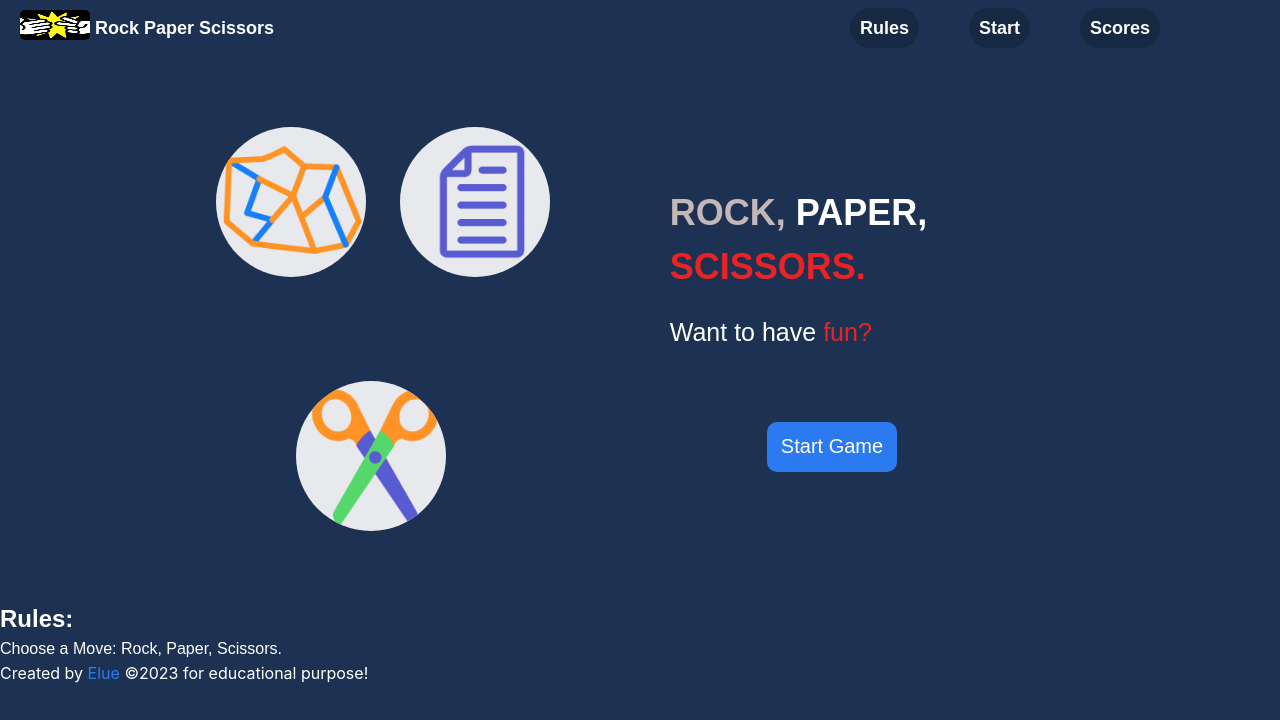
Repository: MikkyPrestige/rock-paper-scissors
Page: index.html
The author's editor kept a copy of each file at every save. The page is drawn from the files as they stood at one save, then again after the next save.
The browser window is 1280 px wide. The pictures show the whole page.

Above is the page before, as saved 2023-05-08 05:27:02.

After the next save:
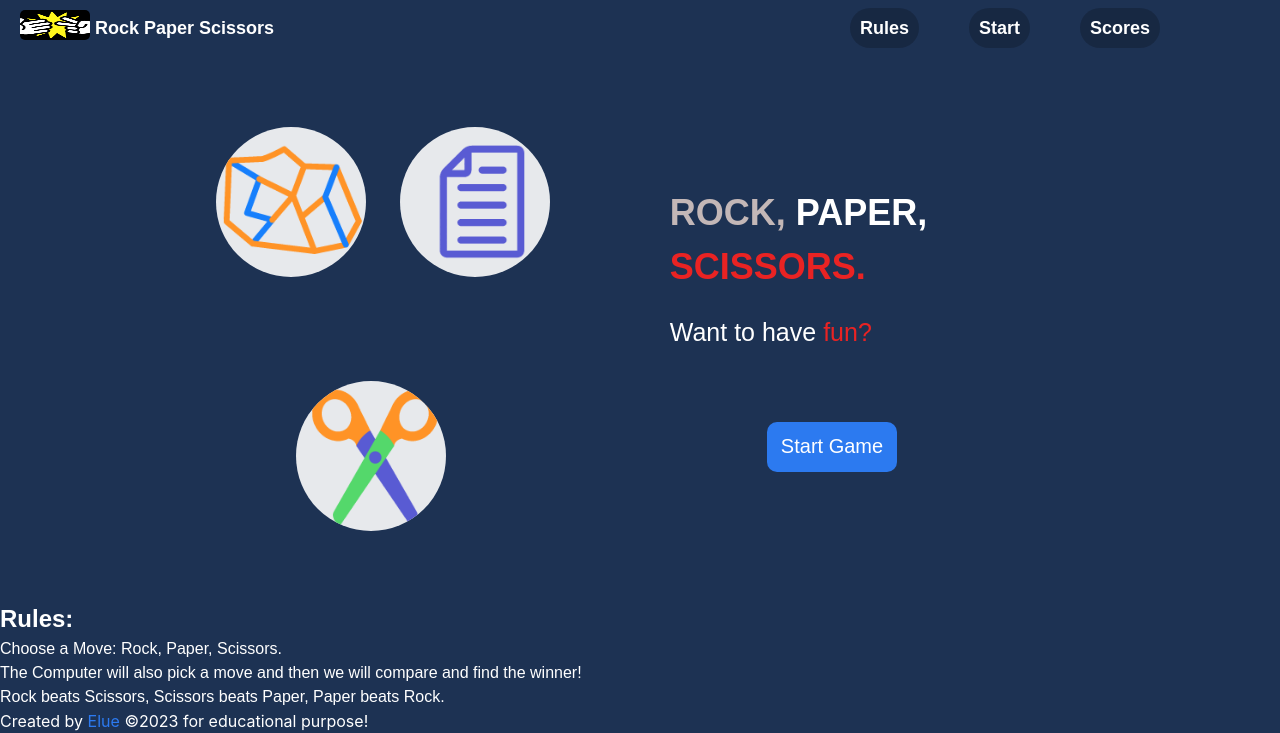
Saved 41 s later.
--- a/index.html
+++ b/index.html
@@ -45,6 +45,8 @@
       <div class="rule--content">
         <h2 class="rule--title">Rules:</h2>
         <p class="rule--para">Choose a Move: <span class="rule--span">Rock, Paper, Scissors.</span></p>
+        <p class="rule--para">The Computer will also pick a move and then we will compare and find the winner!</p>
+        <p class="rule--para">Rock beats Scissors, Scissors beats Paper, Paper beats Rock.</p>
       </div>
 
     <footer>
